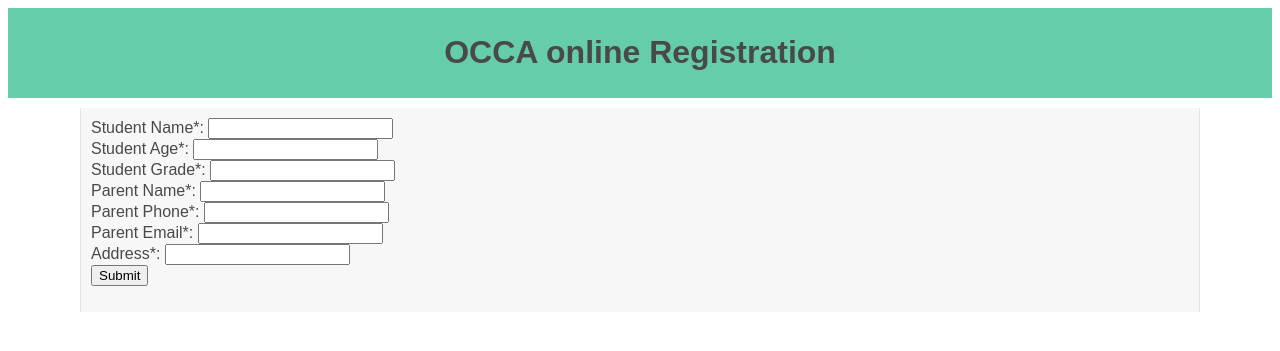
Repository: dreamxia329/TechExercise4830
Page: T3-0325-xia/T3-webProject-Xia/WebContent/register.html
The author's editor kept a copy of each file at every save. The page is drawn from the files as they stood at one save, then again after the next save.
The browser window is 1280 px wide. The pictures show the whole page.

Above is the page before, as saved 2022-03-31 17:09:27.

### T3-0325-xia/T3-webProject-Xia/WebContent/register.html
<html>
<head>
<style>
body {
	font-family: 'Poppins', sans-serif;
	color: #48494a;
}

header {
	background-color: #66CDAA;
	color: #48494a;
	text-align: center;
	padding: 5px;
}

nav {
	line-height: 30px;
	background-color: #eeeeee;
	height: 300px;
	width: 100px;
	float: left;
	padding: 5px;
}

section {
	margin: 10px auto 10px auto;
	max-width: 1098px;
	border-left: 1px solid #e5e5e5;
	border-right: 1px solid #e5e5e5;
	background-color: #f7f7f7 ;
	padding: 10px;
}
</style>
</head>

<body>
	<header>
		<h1>OCCA online Registration</h1>
	</header>


	<section>

		<form action="RegisterServlet" method="POST">

			Student Name*: <input type="text" name="studentName"> <br />
			Student Age*: <input type="text" name="studentAge"> <br />
			Student Grade*: <input type="text" name="studentGrade"> <br />
			Parent Name*: <input type="text" name="parentName"> <br />
			Parent Phone*: <input type="text" name="parentPhone"> <br />
			Parent Email*: <input type="text" name="parentEmail"> <br />
			Address*: <input type="text" name="address"> <br /> <input
				type="submit" value="Submit" />
		</form>

	</section>

</body>
</html>

After the next save:
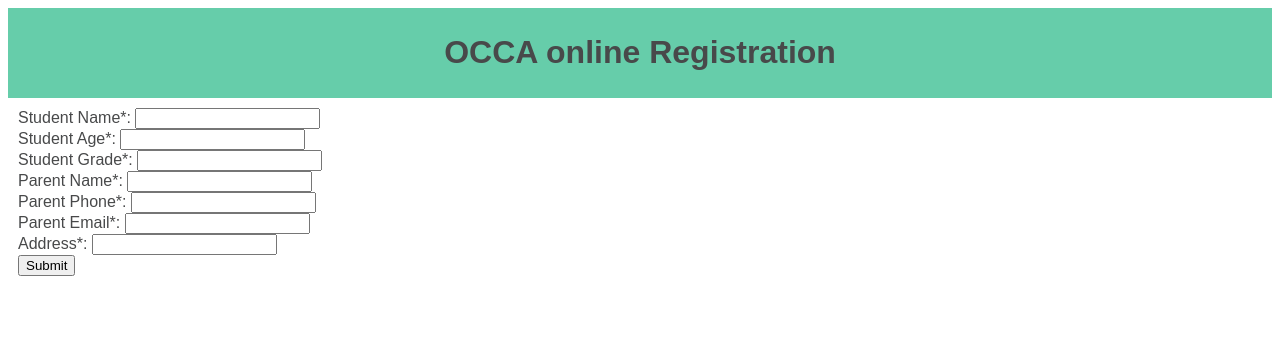
Saved 2 min 49 s later.
--- a/T3-0325-xia/T3-webProject-Xia/WebContent/register.html
+++ b/T3-0325-xia/T3-webProject-Xia/WebContent/register.html
@@ -23,13 +23,11 @@ nav {
 }
 
 section {
-	margin: 10px auto 10px auto;
-	max-width: 1098px;
-	border-left: 1px solid #e5e5e5;
-	border-right: 1px solid #e5e5e5;
-	background-color: #f7f7f7 ;
+	width: 350px;
+	float: left;
 	padding: 10px;
 }
+
 </style>
 </head>
 
